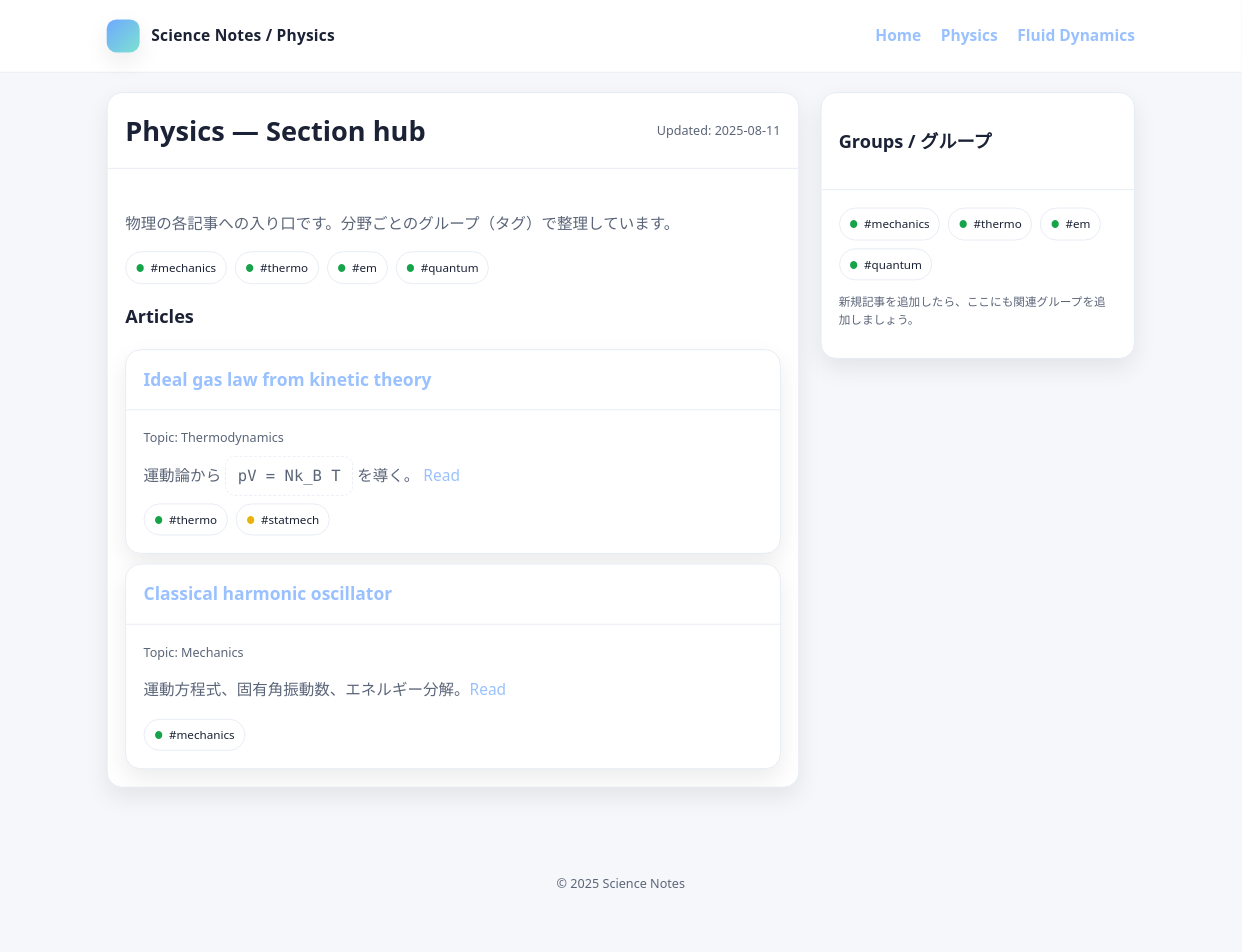
Repository: Riki-Mochimaru/tureduretunedune
Page: physics/FluidDynamics/index.html
An editor plug-in stored every save of this project. The page is shown before and after a run of saves, followed by the edit.
The browser window is 1280 px wide. The pictures show the whole page, at 97% of full size.

Above is the page before, as saved 2025-08-11 20:13:36.

### physics/FluidDynamics/index.html
<!-- ===============================
     FILE 1: physics/index.html — Physics section hub
     Save this as: /physics/index.html
     (American English in code comments; British English in visible prose.)
================================== -->
<!DOCTYPE html>
<html lang="ja">
<head>
  <meta charset="utf-8" />
  <meta name="viewport" content="width=device-width, initial-scale=1" />
  <title>Physics — Science Notes</title>
  <link rel="stylesheet" href="../assets/styles.css"><!-- shared CSS -->
</head>
<body>
  <header class="site">
    <div class="shell row">
      <div class="brand"><div class="brand-badge"></div><div>Science Notes / Physics</div></div>
      <nav>
        <a href="../">Home</a>
        <a href="./">Physics</a>
        <a href="FluidDynamics/">Fluid Dynamics</a>
      </nav>
    </div>
  </header>

  <main class="shell">
    <section class="grid" aria-label="Physics articles and sidebar">
      <div>
        <article class="card post">
          <div class="hd">
            <h2>Physics — Section hub</h2>
            <div class="meta"><span>Updated: <time datetime="2025-08-11">2025‑08‑11</time></span></div>
          </div>
          <div class="bd">
            <p class="lead">物理の各記事への入り口です。分野ごとのグループ（タグ）で整理しています。</p>
            <div class="tags">
              <span class="tag" data-g="phys">#mechanics</span>
              <span class="tag" data-g="phys">#thermo</span>
              <span class="tag" data-g="phys">#em</span>
              <span class="tag" data-g="phys">#quantum</span>
            </div>

            <!-- Article list (add more <article> blocks or <li> items) -->
            <h3>Articles</h3>
            <div class="list">
              <article class="card">
                <div class="hd"><h2 style="font-size:18px; margin:0;">
                  <a href="ideal-gas-law/">Ideal gas law from kinetic theory</a>
                </h2></div>
                <div class="bd">
                  <div class="meta"><span>Topic: Thermodynamics</span></div>
                  <p class="lead">運動論から <span class="math">pV = Nk_B T</span> を導く。
                    <a href="ideal-gas-law/">Read</a></p>
                  <div class="tags"><span class="tag" data-g="phys">#thermo</span><span class="tag" data-g="stats">#statmech</span></div>
                </div>
              </article>

              <article class="card">
                <div class="hd"><h2 style="font-size:18px; margin:0;">
                  <a href="harmonic-oscillator/">Classical harmonic oscillator</a>
                </h2></div>
                <div class="bd">
                  <div class="meta"><span>Topic: Mechanics</span></div>
                  <p class="lead">運動方程式、固有角振動数、エネルギー分解。<a href="harmonic-oscillator/">Read</a></p>
                  <div class="tags"><span class="tag" data-g="phys">#mechanics</span></div>
                </div>
              </article>
            </div>
          </div>
        </article>
      </div>

      <aside class="aside">
        <section class="card">
          <div class="hd"><h3>Groups / グループ</h3></div>
          <div class="bd">
            <div class="tags">
              <span class="tag" data-g="phys">#mechanics</span>
              <span class="tag" data-g="phys">#thermo</span>
              <span class="tag" data-g="phys">#em</span>
              <span class="tag" data-g="phys">#quantum</span>
            </div>
            <p class="hint">新規記事を追加したら、ここにも関連グループを追加しましょう。</p>
          </div>
        </section>
      </aside>
    </section>
  </main>

  <footer class="site"><div class="shell">© 2025 Science Notes</div></footer>

  <!-- MathJax (enable TeX rendering if you use TeX on this page) -->
  <script>
    window.MathJax = { tex: { inlineMath: [['$','$'], ['\\(','\\)']], displayMath: [['$$','$$'], ['\\[','\\]']] }, options: { renderActions: { addMenu: [] } } };
  </script>
  <script src="https://cdn.jsdelivr.net/npm/mathjax@3/es5/tex-mml-chtml.js" async></script>
</body>
</html>

### assets/styles.css
/* styles.css — Science Notes
   House style: British English prose; American English in code comments.
*/

/* =========================
   Design tokens
   ========================= */
   :root {
    --bg: #0b0c10;
    --surface: #0f1117;
    --card: #121520;
    --text: #e8ecf8;
    --subtle: #9aa3b2;
    --border: #1e2636;
    --brand: #6ea8fe;
    --accent: #7de2d1;
    --warn: #ffd166;
    --danger: #ff6b6b;
    --radius: 16px;
    --shadow: 0 10px 24px rgba(0,0,0,.35), 0 1px 0 rgba(255,255,255,.04) inset;
    --font-sans: ui-sans-serif, system-ui, -apple-system, Segoe UI, Roboto, Noto Sans JP, "Helvetica Neue", Arial;
    --font-mono: ui-monospace, SFMono-Regular, Menlo, Monaco, Consolas, "Liberation Mono", monospace;
  }
  @media (prefers-color-scheme: light) {
    :root {
      --bg: #f6f7fb; --surface: #ffffff; --card: #ffffff; --text: #1b2235; --subtle: #5b6578; --border: #e7ecf4;
      --shadow: 0 10px 24px rgba(0,0,0,.08);
    }
  }

  /* Base */
  *, *::before, *::after { box-sizing: border-box; }
  html, body { height: 100%; }
  body { margin: 0; font-family: var(--font-sans); background: var(--bg); color: var(--text); line-height: 1.6; }
  /* Accessible link look */
  a { color: #9ac1ff; text-decoration: none; }
  a:hover { text-decoration: underline; }

  /* Header */
  header.site { position: sticky; top: 0; z-index: 10; background: color-mix(in oklab, var(--surface) 92%, transparent); border-bottom: 1px solid var(--border); backdrop-filter: blur(6px); }
  .shell { max-width: 1100px; margin: 0 auto; padding: 20px; }
  .row { display: grid; grid-template-columns: 1fr auto; align-items: center; gap: 16px; }
  .brand { display: flex; align-items: center; gap: 12px; font-weight: 800; letter-spacing: .2px; }
  .brand-badge { width: 34px; height: 34px; border-radius: 10px; background: linear-gradient(135deg, var(--brand), var(--accent)); box-shadow: var(--shadow); }
  nav a { margin-left: 16px; font-weight: 600; }

  /* Layout */
  main { padding-top: 10px; }
  .grid { display: grid; grid-template-columns: 2.2fr 1fr; gap: 22px; align-items: start; }
  @media (max-width: 980px) { .grid { grid-template-columns: 1fr; } }

  /* Cards */
  .card { background: var(--card); border: 1px solid var(--border); border-radius: var(--radius); box-shadow: var(--shadow); overflow: clip; }
  .card .hd { padding: 16px 18px; border-bottom: 1px solid var(--border); display:flex; align-items:center; justify-content: space-between; }
  .card .bd { padding: 18px; }

  /* Tag/Group chips */
  .tags { display:flex; flex-wrap: wrap; gap: 8px; }
  .tag { --c: #334155; color: var(--text); font-size: 12px; padding: 6px 10px; border: 1px solid var(--border); border-radius: 999px; background: color-mix(in oklab, var(--card) 88%, transparent); }
  .tag[data-g="math"]   { --c: #2563eb; }
  .tag[data-g="phys"]   { --c: #16a34a; }
  .tag[data-g="cs"]     { --c: #a855f7; }
  .tag[data-g="stats"]  { --c: #eab308; }
  .tag[data-g="ethics"] { --c: #ef4444; }
  .tag::before { content: "●"; font-size: 10px; margin-right: 6px; color: var(--c); }

  /* Article */
  article.post { display: grid; gap: 10px; }
  article.post h2 { margin: 0; font-size: clamp(20px, 2.6vw, 28px); }
  .meta { color: var(--subtle); font-size: 13px; display:flex; gap: 12px; flex-wrap: wrap; }
  .lead { color: var(--subtle); }

  /* Math blocks (TeX text before JS render) */
  .math { font-family: var(--font-mono); background: color-mix(in oklab, var(--card) 90%, transparent); border: 1px dashed var(--border); border-radius: 10px; padding: 10px 12px; overflow:auto; }
  .eqno { float: right; color: var(--subtle); margin-left: 8px; }

  /* Comment UI (static) */
  .comments { margin-top: 8px; border-top: 1px dashed var(--border); padding-top: 10px; }
  .comment { display: grid; grid-template-columns: 40px 1fr; gap: 10px; padding: 12px 0; }
  .comment + .comment { border-top: 1px dashed var(--border); }
  .avatar { width: 40px; height: 40px; border-radius: 50%; background: linear-gradient(135deg, var(--brand), var(--accent)); display:grid; place-items:center; font-weight: 800; color: #0008; }
  .who { font-weight: 700; }
  .when { color: var(--subtle); font-size: 12px; }

  /* Simple form look (non-functional without JS/backend) */
  .form { display: grid; gap: 10px; background: color-mix(in oklab, var(--card) 90%, transparent); border: 1px solid var(--border); border-radius: 12px; padding: 12px; }
  .input, .textarea { width: 100%; padding: 10px 12px; border-radius: 10px; border: 1px solid var(--border); background: var(--surface); color: var(--text); outline: none; }
  .input:focus, .textarea:focus { box-shadow: 0 0 0 6px #2a5fff33; }
  .btn { display: inline-flex; align-items: center; justify-content: center; gap: 8px; padding: 10px 14px; font-weight: 700; border-radius: 10px; border: 1px solid var(--border); background: linear-gradient(180deg, var(--brand), #4d86f7); color: #fff; cursor: not-allowed; opacity: .8; }
  .hint { font-size: 12px; color: var(--subtle); }

  /* Aside */
  .aside .card + .card { margin-top: 18px; }
  .list { display: grid; gap: 10px; }

  /* Footer */
  footer.site { margin-top: 28px; color: var(--subtle); font-size: 13px; text-align: center; padding: 20px 0 40px; }

  /* Print */
  @media print {
    header.site, footer.site { display:none; }
    .card { box-shadow: none; border-color: #ccc; }
    a { color: #000; text-decoration: none; }
  }

After the next 2 saves:
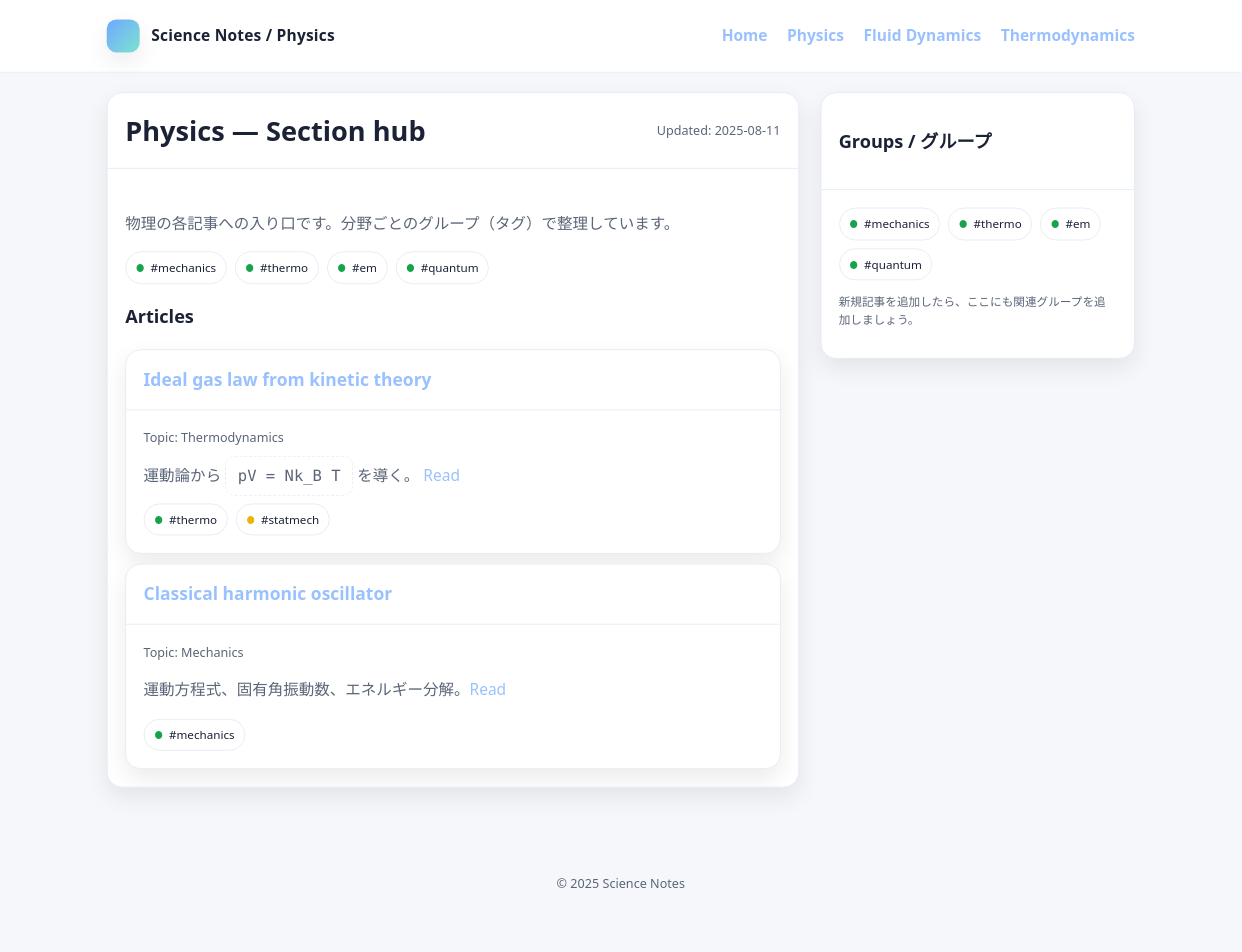
The 2 saves are shown as one change because they came seconds apart.
The last was saved 14 s later.
--- a/physics/FluidDynamics/index.html
+++ b/physics/FluidDynamics/index.html
@@ -19,6 +19,7 @@
         <a href="../">Home</a>
         <a href="./">Physics</a>
         <a href="FluidDynamics/">Fluid Dynamics</a>
+        <a href="Thermodynamics/">Thermodynamics</a>
       </nav>
     </div>
   </header>
